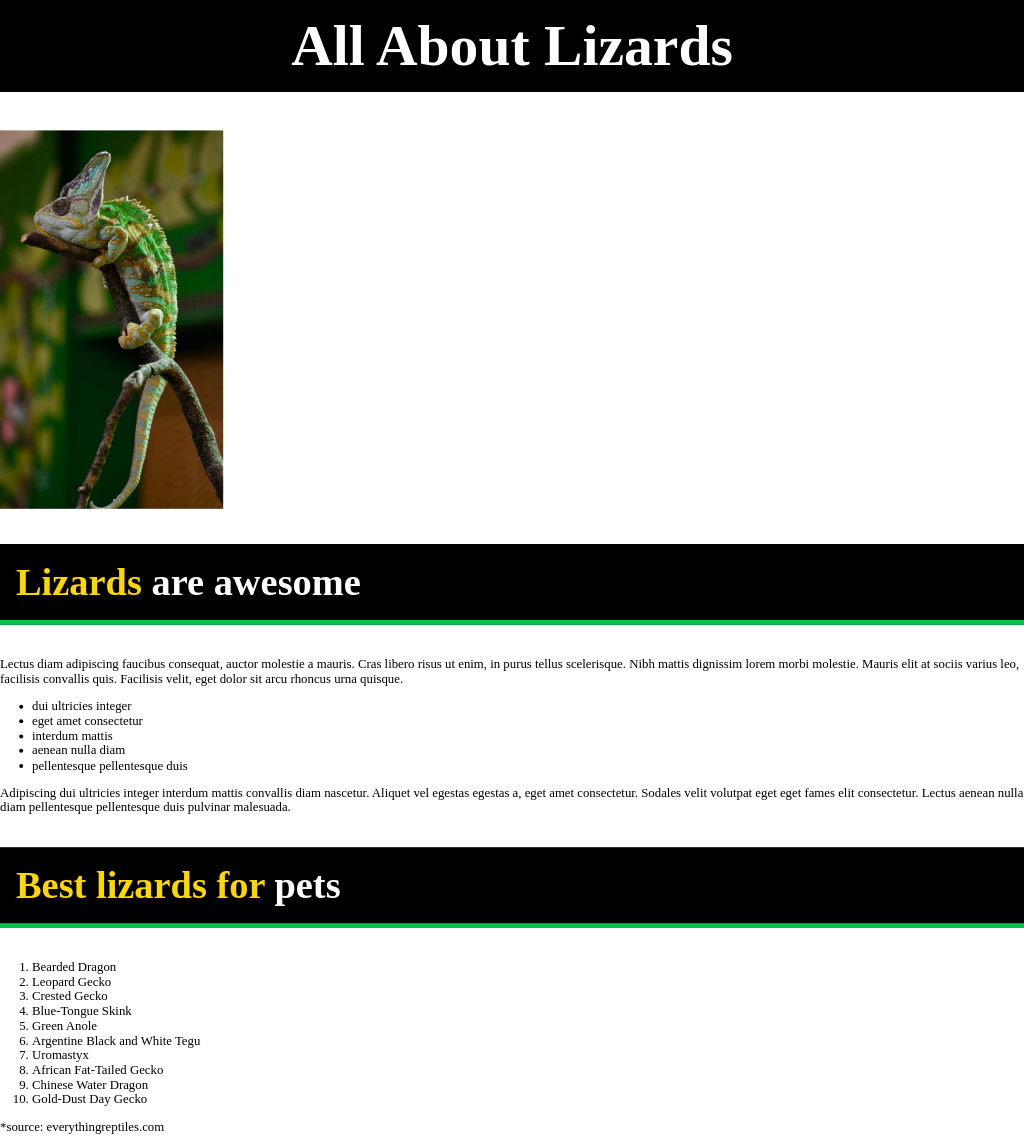
Repository: Doumham-Armah/lizards-landing--page
Page: index.html
An editor plug-in stored every save of this project. The page is shown before and after the next save, followed by the edit.
The browser window is 1280 px wide. The pictures show the whole page, at 80% of full size.

Above is the page before, as saved 2021-08-10 14:41:14.

### index.html
<!DOCTYPE html>
<html>
  <head>
    <link
      rel="stylesheet"
      href="https://cdnjs.cloudflare.com/ajax/libs/normalize/8.0.1/normalize.css"
    />
    <title>All about lizards</title>
    <link href="css/style.css" rel="stylesheet" />
  </head>
  <body>
    <header>
      <h1>All About Lizards</h1>
    </header>

    <main>
      <div class="container">
        <section class="main-content">
          <img src="images/chameleon.jpg" alt="a chameleon climbing a branch" />

          <h2 class="subhead">
            Lizards <span class="white-text">are awesome</span>
          </h2>
          <p>
            Lectus diam adipiscing faucibus consequat, auctor molestie a mauris.
            Cras libero risus ut enim, in purus tellus scelerisque. Nibh mattis
            dignissim lorem morbi molestie. Mauris elit at sociis varius leo,
            facilisis convallis quis. Facilisis velit, eget dolor sit arcu
            rhoncus urna quisque.
          </p>

          <!-- insert the unordered list here -->
          <ul>
            <li>dui ultricies integer</li>
            <li>eget amet consectetur</li>
            <li>interdum mattis</li>
            <li>aenean nulla diam</li>
            <li>pellentesque pellentesque duis</li>
          </ul>

          <p>
            Adipiscing dui ultricies integer interdum mattis convallis diam
            nascetur. Aliquet vel egestas egestas a, eget amet consectetur.
            Sodales velit volutpat eget eget fames elit consectetur. Lectus
            aenean nulla diam pellentesque pellentesque duis pulvinar malesuada.
          </p>
        </section>

        <aside class="sidebar">
          <h2 class="subhead">
            Best lizards for <span class="white-text">pets</span>
          </h2>
          <!-- insert the ordered list here -->
          <ol>
            <li>Bearded Dragon</li>
            <li>Leopard Gecko</li>
            <li>Crested Gecko</li>
            <li>Blue-Tongue Skink</li>
            <li>Green Anole</li>
            <li>Argentine Black and White Tegu</li>
            <li>Uromastyx</li>
            <li>African Fat-Tailed Gecko</li>
            <li>Chinese Water Dragon</li>
            <li>Gold-Dust Day Gecko</li>
          </ol>
          <p>*source: everythingreptiles.com</p>
        </aside>
      </div>
    </main>
  </body>
</html>

### css/style.css
body {
  margin: 0;
}

h1 {
  background-color: black;
  color: white;
  text-align: center;
  padding: 1rem 0rem;
  margin-top: 0;
  font-size: 4.5rem;
}

.subhead {
  background-color: black;
  color: #fcd801;
  font-size: 3rem;
  padding: 1.25rem;
  border-bottom: 0.4rem #00c54c solid;
}

.white-text {
  color: white;
}

.container {
  border: 1px solid red
  max-width: 1000px;
}

After the next save:
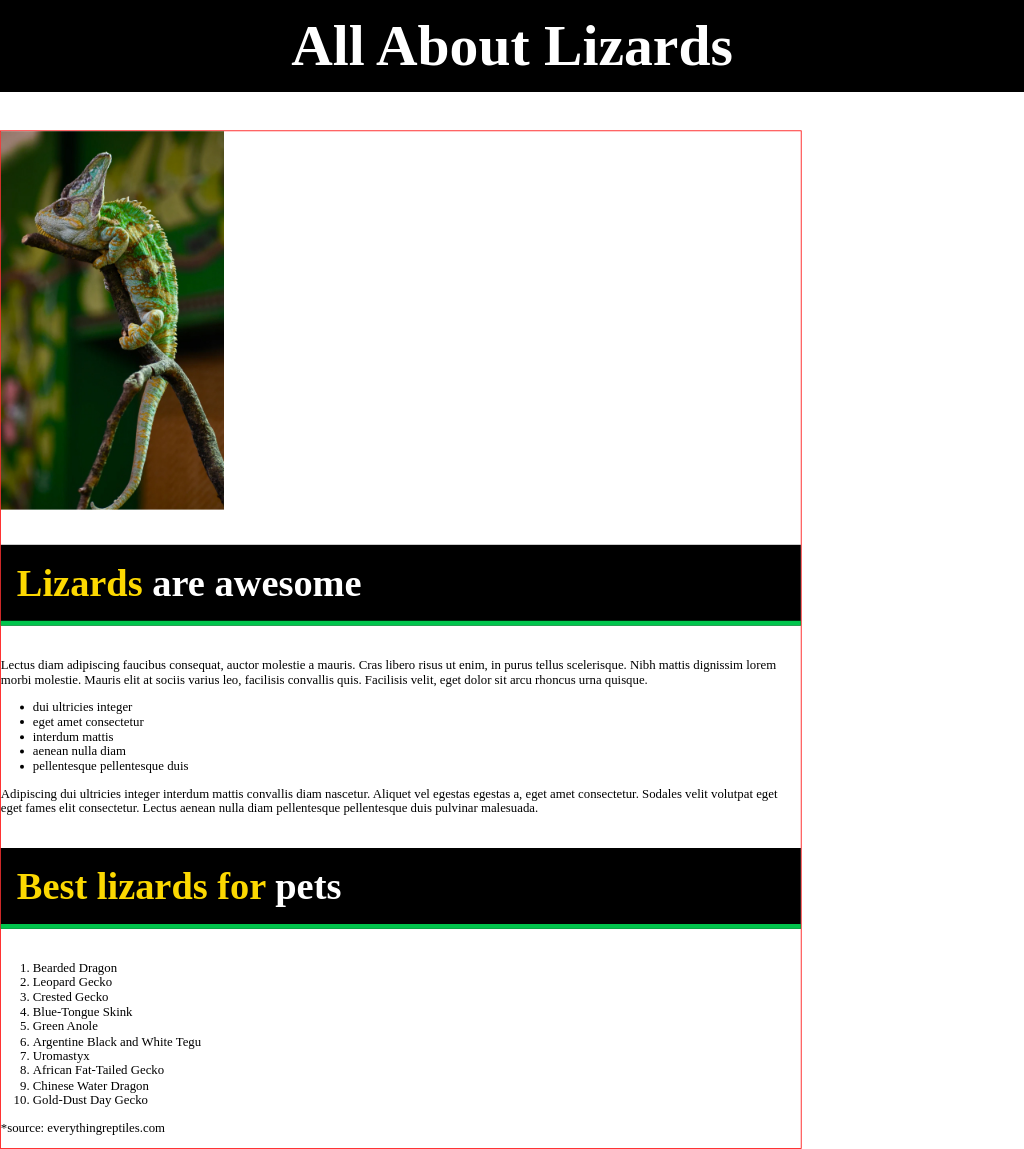
Saved 4 s later.
--- a/css/style.css
+++ b/css/style.css
@@ -24,6 +24,6 @@ h1 {
 }
 
 .container {
-  border: 1px solid red
+  border: 1px solid red;
   max-width: 1000px;
 }
